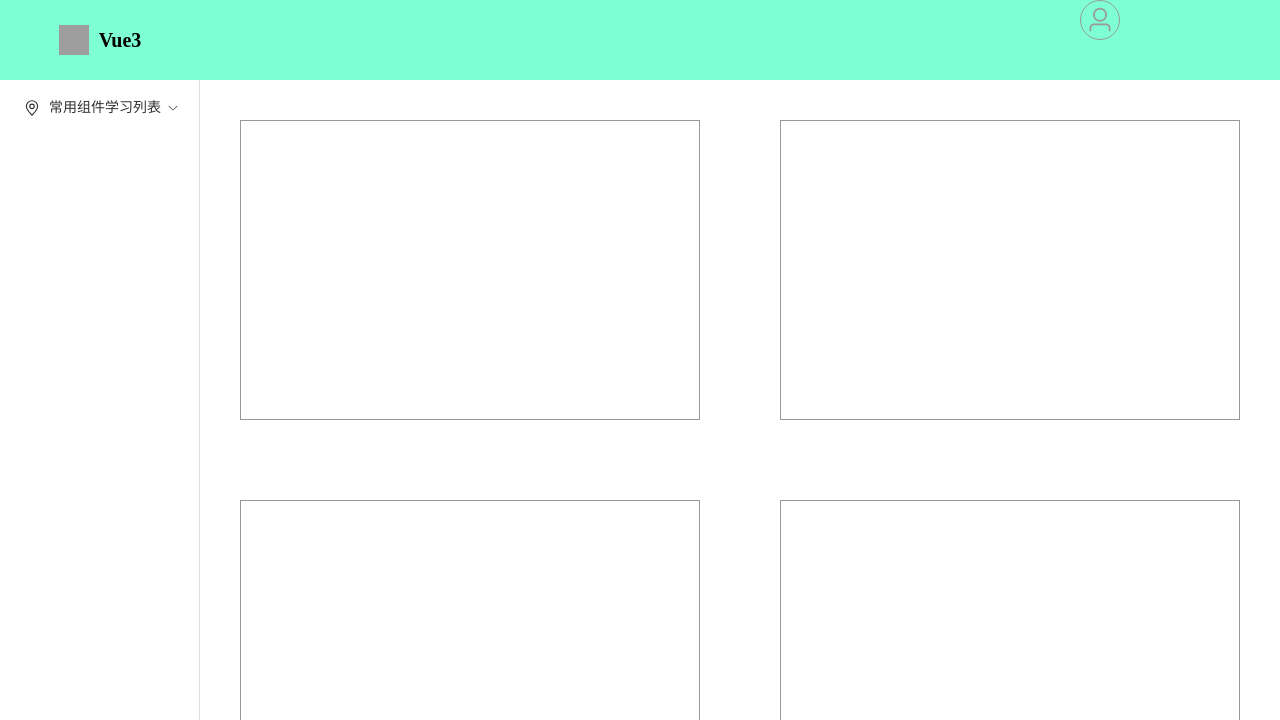
Repository: 553559555/vue3-project
Page: /#/index (app in vue3-app/)
The author's editor kept a copy of each file at every save. The page is drawn from the files as they stood at one save, then again after the next save.
The browser window is 1280 px wide. The pictures show the whole page.
Pictures or frames that could not be fetched are drawn as grey boxes. An inner scrolling area shows only its first screen. The project was rebuilt for these pictures with package versions that can differ from the ones it lists, and the page was loaded fresh each time. Also part of the build but not shown: vue3-app/vite.config.ts.

Above is the page before, as saved 2025-03-24 11:12:31.

### vue3-app/src/main.ts
import { createApp } from 'vue'
import ElementPlus from 'element-plus'
import 'element-plus/dist/index.css'
import router from './router'
import pinia from './stores'
import './style.css'
import App from './App.vue'

const app = createApp(App)
app.use(ElementPlus)
app.use(router)
app.use(pinia)

app.mount('#app')

### vue3-app/src/router/index.ts
import { createRouter, createWebHashHistory, createWebHistory } from 'vue-router'
import type { RouteRecordRaw } from 'vue-router'

const routes: Array<RouteRecordRaw> = [
  {
    path: '/',
    name: 'Login',
    component: () => import('../views/login.vue')
  },
  {
    path: '/index',
    name: 'index',
    component: () => import('../views/index.vue'),
    children: [
      {
        path: '',
        name: 'Home',
        component: () => import('../views/Home.vue')
      },
      {
        path: '/about',
        name: 'About',
        component: () => import('../views/About.vue')
      }
    ]
  }

]

const router = createRouter({
  history: createWebHashHistory(),
  routes
})

export default router

### vue3-app/src/stores/index.ts
import { createPinia } from 'pinia'

const pinia = createPinia()

export default pinia

### vue3-app/src/style.css
/* CSS 重置 */
* {
  margin: 0;
  padding: 0;
  box-sizing: border-box;
}

### vue3-app/src/App.vue
<script setup lang="ts">
import { RouterView } from 'vue-router'
</script>

<template>
    <router-view />
</template>

### vue3-app/src/views/index.vue
<template>
    <div>
        <el-header>
            <home-header />
        </el-header>
        <el-container>
            <el-aside width="200px">
                <home-left />
            </el-aside>
            <el-main>
                <router-view>
                </router-view>
            </el-main>
        </el-container>
    </div>
</template>

<script setup>

import { RouterView } from 'vue-router'
import HomeLeft from './components/home-left.vue'
import HomeHeader from './components/home-header.vue'

</script>



<style scoped lang="scss">
div {
    width: 100vw;
    height: 100vh;
    box-sizing: border-box;

    .el-header {
        height: 80px;
        padding: 0;
    }


    .el-container {
        height: calc(100vh - 80px);
    }

    .el-main {
        margin: 0px;
        padding: 0px;
        width: 100%;
        height: 100%;
    }
}
</style>

### vue3-app/src/views/Home.vue
<template>
  <div class="home-container">
    <el-row class="row">
      <el-col :span="12">
        <div class="grid-content" />
      </el-col>
      <el-col :span="12">
        <div class="grid-content" />
      </el-col>
    </el-row>

    <el-row class="row">
      <el-col :span="12">
        <div class="grid-content" />
      </el-col>
      <el-col :span="12">
        <div class="grid-content" />
      </el-col>
    </el-row>

  </div>
</template>

<script lang="ts" setup>

</script>

<style scoped lang="scss">
.home-container {
  width: 100%;
  height: 100%;

  .row {
    min-height: 200px;

    .el-col {

      .grid-content {
        margin: 40px;
        border: solid 1px #999;
        height: 300px;
      }

    }
  }
}
</style>

### vue3-app/src/views/components/home-left.vue
<template>
    <div class="home-left-container">
        <el-menu default-active="2" class="el-menu-vertical-demo" @open="handleOpen" @close="handleClose"
            @select="handleSelect">
            <el-sub-menu v-for="(items, index) in listData" :index="items.name" :key="index">
                <template #title>
                    <el-icon>
                        <location />
                    </el-icon>
                    <span>{{ items.name }}</span>
                </template>
                <el-menu-item v-for="(item, index) in items.children" :index="item.name" :key="index">
                    <el-icon>
                        <location />
                    </el-icon>
                    <span>{{ item.name }}</span>
                </el-menu-item>
            </el-sub-menu>
        </el-menu>
    </div>
</template>

<script setup>
import { Location } from "@element-plus/icons-vue";

import { reactive, ref } from "vue";
const listData = reactive([
    {
        name: "常用组件学习列表",
        children: [
            {
                name: 'button'
            },
            {
                name: 'input'
            }
        ],
    },
]);
const isCollapse = ref(true);
const handleOpen = (key, keyPath) => {
    console.log(key, keyPath);
};
const handleClose = (key, keyPath) => {
    console.log(key, keyPath);
};

const handleSelect = (key, keyPath) => {
    console.log(key, keyPath);
};
</script>

<style scoped lang="scss">
.home-left-container {
    height: 100%;
    width: 100%;
    background-color: #fff;

    .el-menu-vertical-demo:not(.el-menu--collapse) {
        width: 200px;
        min-height: 100%;
    }
}
</style>

### vue3-app/src/views/components/home-header.vue
<template>
    <div class="home-header">
        <div class="home-header-left">
            <img src="/src/assets/vue.svg" alt="logo" />
            <span>Vue3</span>
        </div>
        <div class="home-header-right">

            <el-icon :size="40"><User /></el-icon>

        </div>
    </div>
</template>

<script setup>
import { User } from '@element-plus/icons-vue'
</script>

<style lang="scss" scoped>
.home-header {
    width: 100%;
    height: 100%;
    background-color: aquamarine;
    display: flex;
    flex-direction: row;
    align-items: center;
    justify-content: space-between;


    .home-header-left {
        width: 200px;
        height: 100%;
        display: flex;
        flex-direction: row;
        align-items: center;
        justify-content: center;

        img {
            width: 30px;
            height: 30px;
        }

        span {
            font-size: 20px;
            font-weight: bold;
            margin-left: 10px;
        }
    }


    .home-header-right {
        width: 200px;
        height: 100%;


        .el-icon {
            border: 1px solid #999;
            border-radius: 50%;
            padding: 5px;
            color: #999;
        }
    }
}
</style>

Loaded but not shown: vue3-app/index.html (common file)

After the next save:
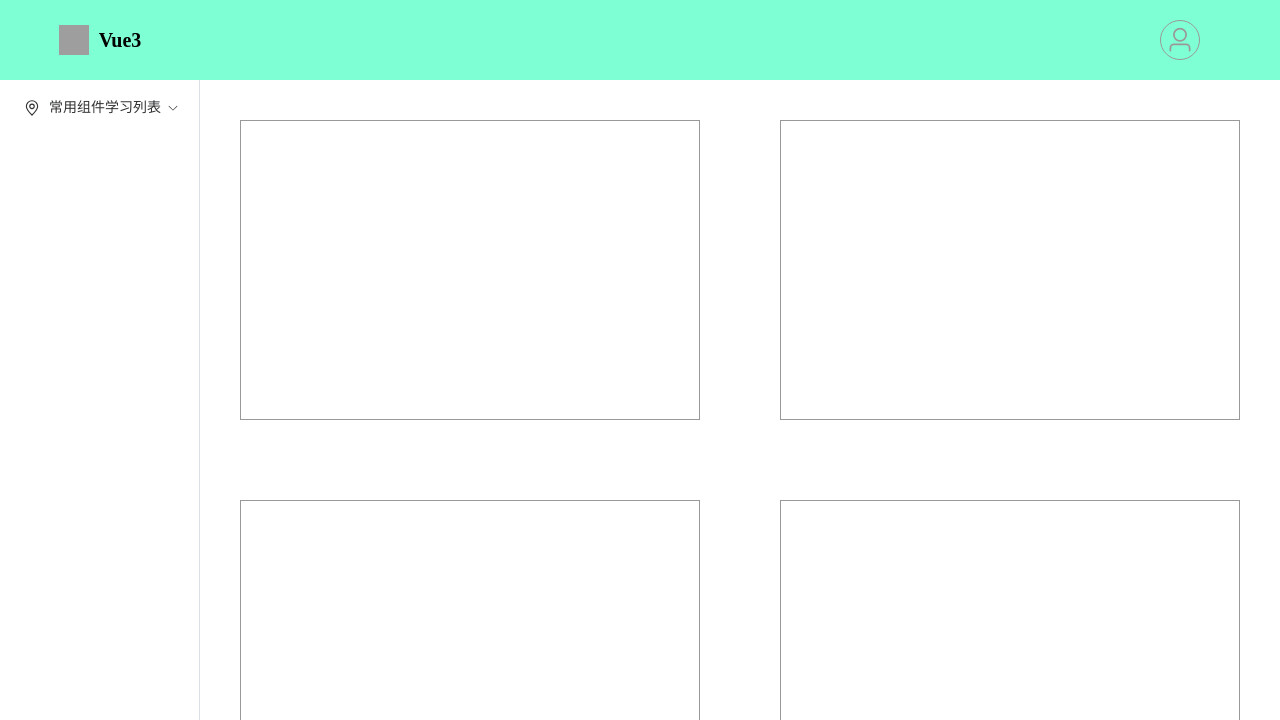
Saved 6 s later.
--- a/vue3-app/src/views/components/home-header.vue
+++ b/vue3-app/src/views/components/home-header.vue
@@ -51,6 +51,10 @@ import { User } from '@element-plus/icons-vue'
     .home-header-right {
         width: 200px;
         height: 100%;
+        display: flex;
+        flex-direction: row;
+        align-items: center;
+        justify-content: center;
 
 
         .el-icon {
